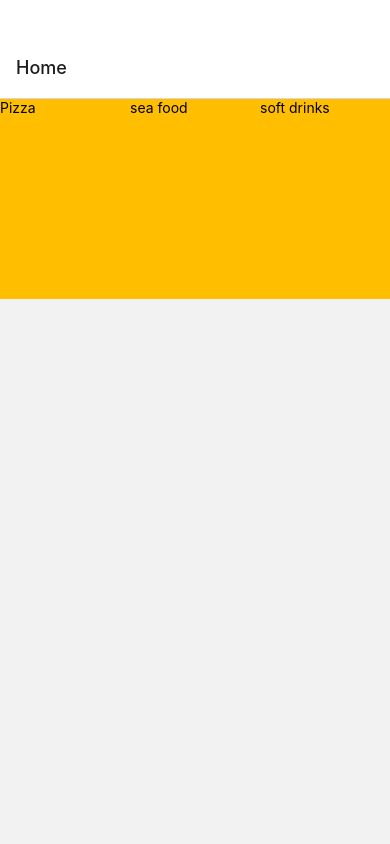
Repository: Esraa22M/ReactNative
Screen: /
The author's editor kept a copy of each file at every save. The screen is drawn from the files as they stood at one save, then again after the next save.
The app was drawn by React Native's web renderer in a window 390 px wide. The project was rebuilt for these pictures with package versions that can differ from the ones it lists, and the page was loaded fresh each time. Also part of the build but not shown: src/components/header/header.component.js, src/colors/front-screen-colors/user-auth-colors.js, src/components/header/header.styles.js, src/components/textInput/textInput.styles.js, src/components/textInput/textInput.components.jsx, src/components/singup-form-body/singup-form-body.components.js, src/screens/front-screen/Singup/singup-screen.screens.jsx, src/authentication/api/login-info.js and 2 more.

Above is the screen before, as saved 2023-09-21 00:27:40.

### App.js
import { SafeAreaView } from "react-native";
import { singupStyles } from "./src/screens/front-screen/Singup/singup-screen.styles";
import { Singup } from "./src/screens/front-screen/Singup/singup-screen.screens";
import UserCard from "./src/screens/front-screen/user-card/user-card.screens";
import { NavigationContainer } from "@react-navigation/native";
import { createStackNavigator } from "@react-navigation/stack";
import { Home } from "./src/screens/front-screen/home/home.screens";
const Stack = createStackNavigator();
export default function App() {
  return (
    <SafeAreaView style={singupStyles.container}>
      {/* <UserCard /> */}
      <NavigationContainer>
        <Stack.Navigator>
          <Stack.Screen name="Home" component={Home} />
        </Stack.Navigator>
      </NavigationContainer>
    </SafeAreaView>
  );
}

### src/screens/front-screen/Singup/singup-screen.styles.jsx
import { StyleSheet } from "react-native";
export const singupStyles = StyleSheet.create({
  container: { flex: 1, marginTop: 35 },
});

### src/screens/front-screen/home/home.screens.js
import { View, Text } from "react-native";
import { Categories } from "../../../components/categories/categories.components";
export const Home = () => {
  return (
    <>
      <Categories />
    </>
  );
};

### src/components/categories/categories.components.js
import { categories } from "../../data/dummay__data";
import { FlatList } from "react-native";
import { CategoryItem } from "./category-item.components";
export const Categories = () => {
  function renderCategoryItem(itemData) {
    return <CategoryItem item={itemData.item} />;
  }
  return (
    <FlatList
      numColumns={3}
      data={categories}
      renderItem={renderCategoryItem}
      keyExtractor={(item) => item.id}
    />
  );
};

### src/data/dummay__data.js
import { Category } from "../modal/category.modals";
export const categories = [
  new Category(
    "1pizza",
    "Pizza",
    "https://img.freepik.com/free-vector/flying-slice-pizza-cartoon-vector-illustration-fast-food-concept-isolated-vector-flat-cartoon-style_138676-1934.jpg?w=740&t=st=1695067102~exp=1695067702~hmac=7d47136b0dff2be87480dc1a22a28658daa67f706d90b59d117303a312dc6c16"
  ),
  new Category(
    "sea_food2",
    "sea food",
    "https://img.freepik.com/free-vector/seafood-products-set_98292-1624.jpg?w=740&t=st=1695067277~exp=1695067877~hmac=62082bdd900b5c830349f2bb8f3cd3466fcfb5395c4f24459194aeaeb256cb2c"
  ),
  new Category(
    "3softDrinks",
    "soft drinks",
    "https://img.freepik.com/free-vector/soda-cups-drink_24877-57922.jpg?w=740&t=st=1695067422~exp=1695068022~hmac=60b80d144880f8a8413a85c867ecfc35a38170c71354acfc84aa5b82ae30d594"
  ),
];

### src/components/categories/category-item.components.js
import { View, Text, Image, StyleSheet } from "react-native";
export const CategoryItem = ({ item }) => {
  const { name, image } = item;
  console.log(item);
  return (
    <View style={styles.container}>
      <Image />
      <Text>{name}</Text>
    </View>
  );
};
const styles = StyleSheet.create({
  container: { backgroundColor: "#FFBF00", flex: 1, height: 200 },
});

### src/modal/category.modals.js
export class Category {
  constructor(id, name, image) {
    this.id = id;
    this.name = name;
    this.image = image;
  }
}

After the next save:
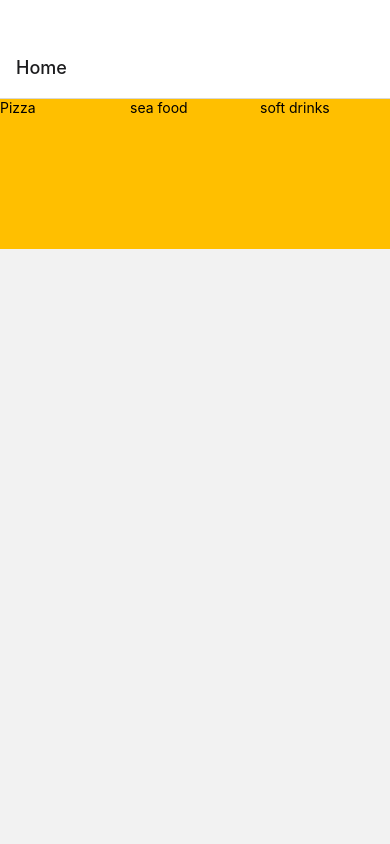
Saved 7 s later.
--- a/src/components/categories/category-item.components.js
+++ b/src/components/categories/category-item.components.js
@@ -10,5 +10,5 @@ export const CategoryItem = ({ item }) => {
   );
 };
 const styles = StyleSheet.create({
-  container: { backgroundColor: "#FFBF00", flex: 1, height: 200 },
+  container: { backgroundColor: "#FFBF00", flex: 1, height: 150 },
 });
